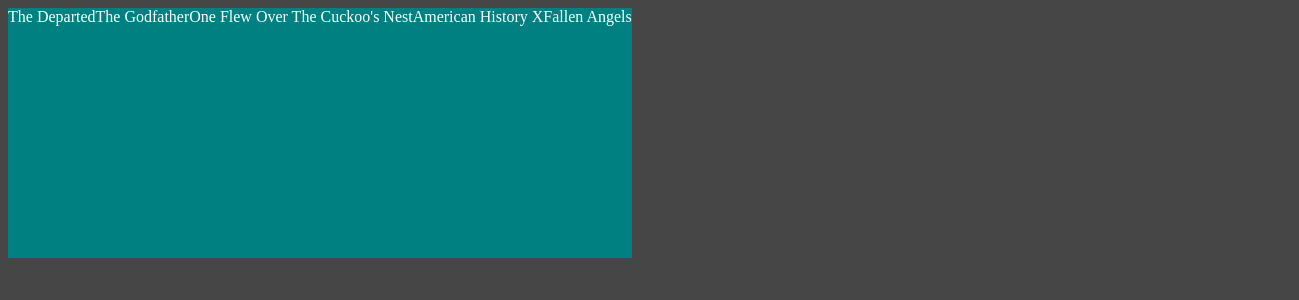
Repository: nishit47/merofilmrecs
Page: web_dev/tiles.html
An editor plug-in stored every save of this project. The page is shown before and after a run of saves, followed by the edit.
The browser window is 1280 px wide. The page is 1280 px wide, then 1299 px, so the pictures cover 1299 px, including what lies to the right of the window. The pictures show the whole page.

Above is the page before, as saved 2021-10-06 15:05:03.

After the next 3 saves:
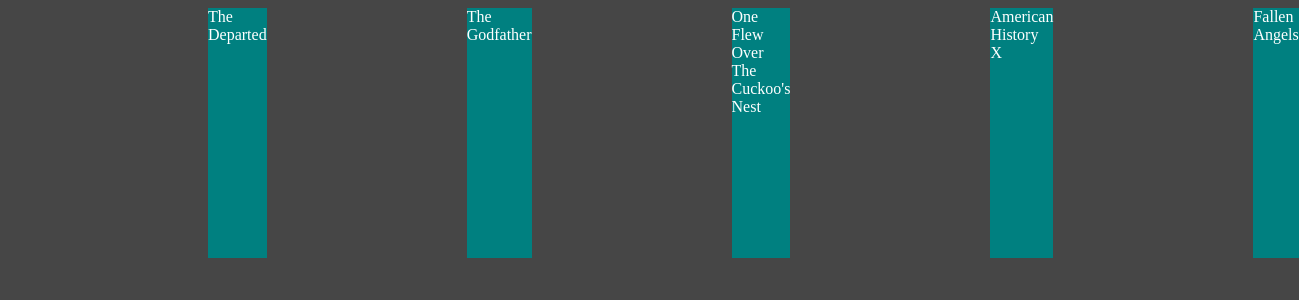
The 3 saves are shown as one change because they came seconds apart.
The last was saved 16 s later.
--- a/web_dev/tiles.html
+++ b/web_dev/tiles.html
@@ -15,7 +15,7 @@
     .movieitem{
         height: 250px;
         background-color: teal;
-        padding left: 50px;
+        margin-left: 200px;
 
     }
 </style>
